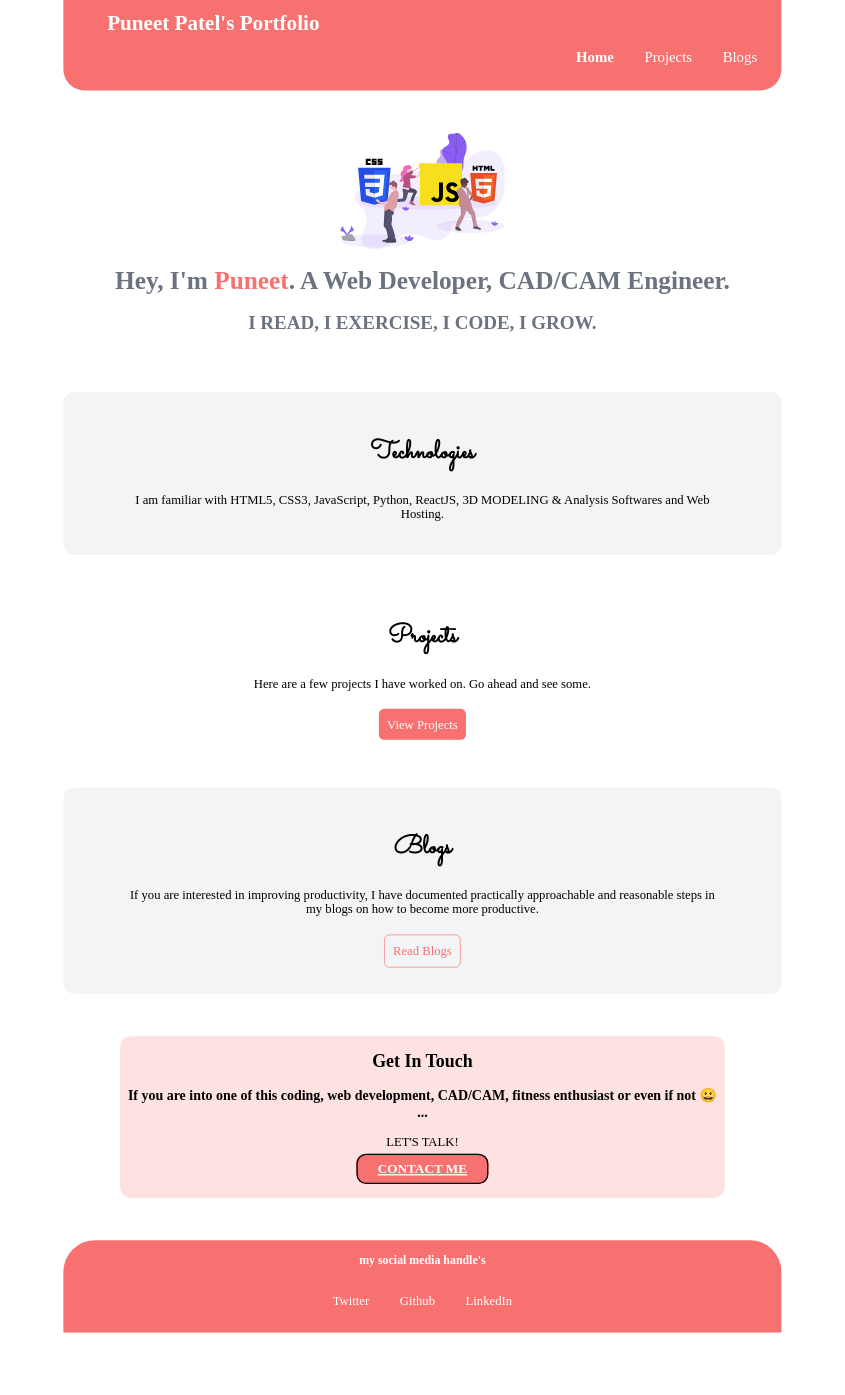
Repository: PuneetP16/Portfolio
Page: index.html
These files come from the project's save history. The page is drawn as it stood at one moment and after the next save; the edit follows.
The browser window is 1280 px wide. The pictures show the whole page, at 66% of full size.
Some web fonts or font styles are not loaded; a fallback is used.

Above is the page before, as saved 2021-12-10 10:51:19.

After the next save:
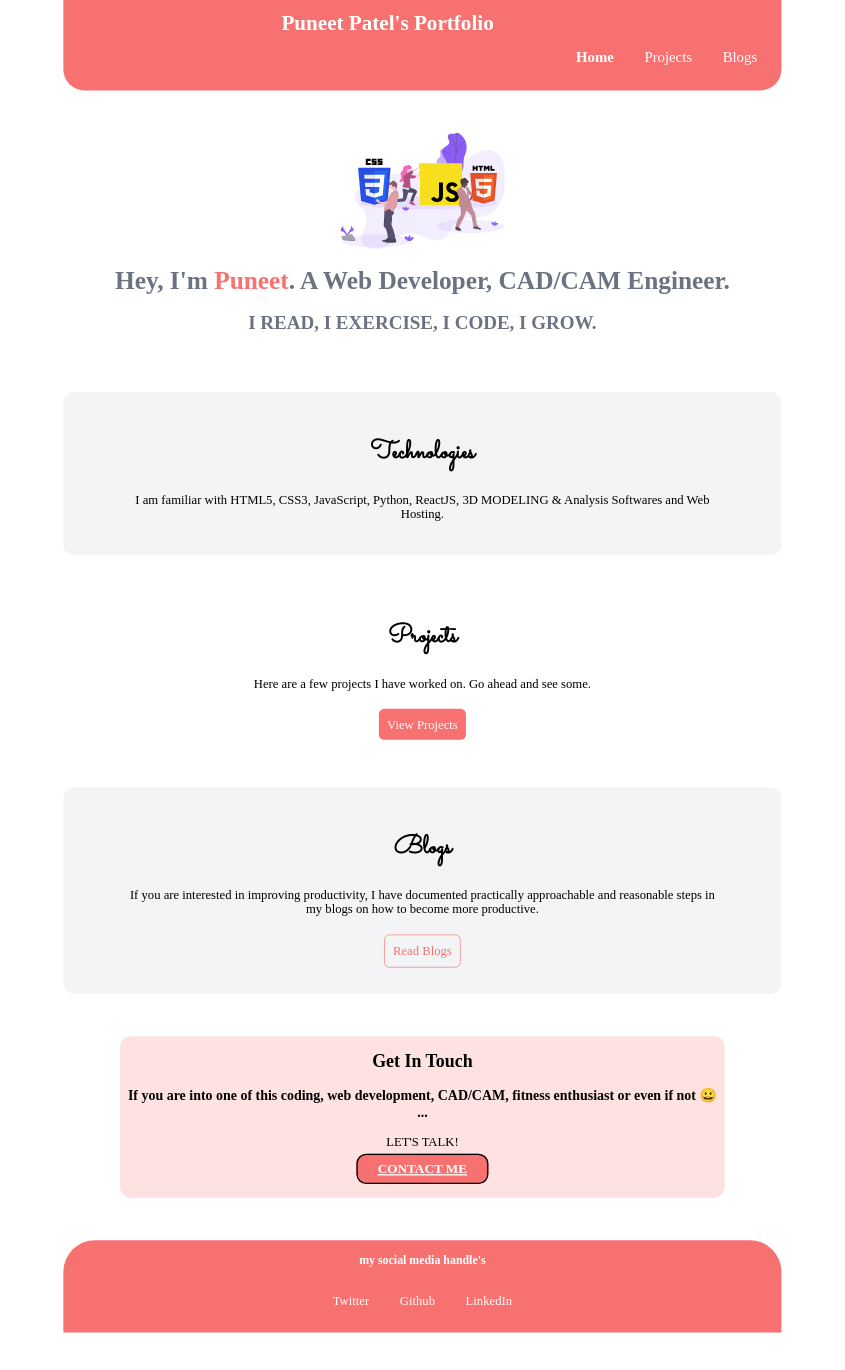
Saved 8 s later.
--- a/style.css
+++ b/style.css
@@ -60,7 +60,7 @@ hr {
   font-size: 2rem;
   margin: auto;
   text-align: center;
-  margin-right: 60%;
+  margin-right: 10%;
 }
 
 /** Lists **/
